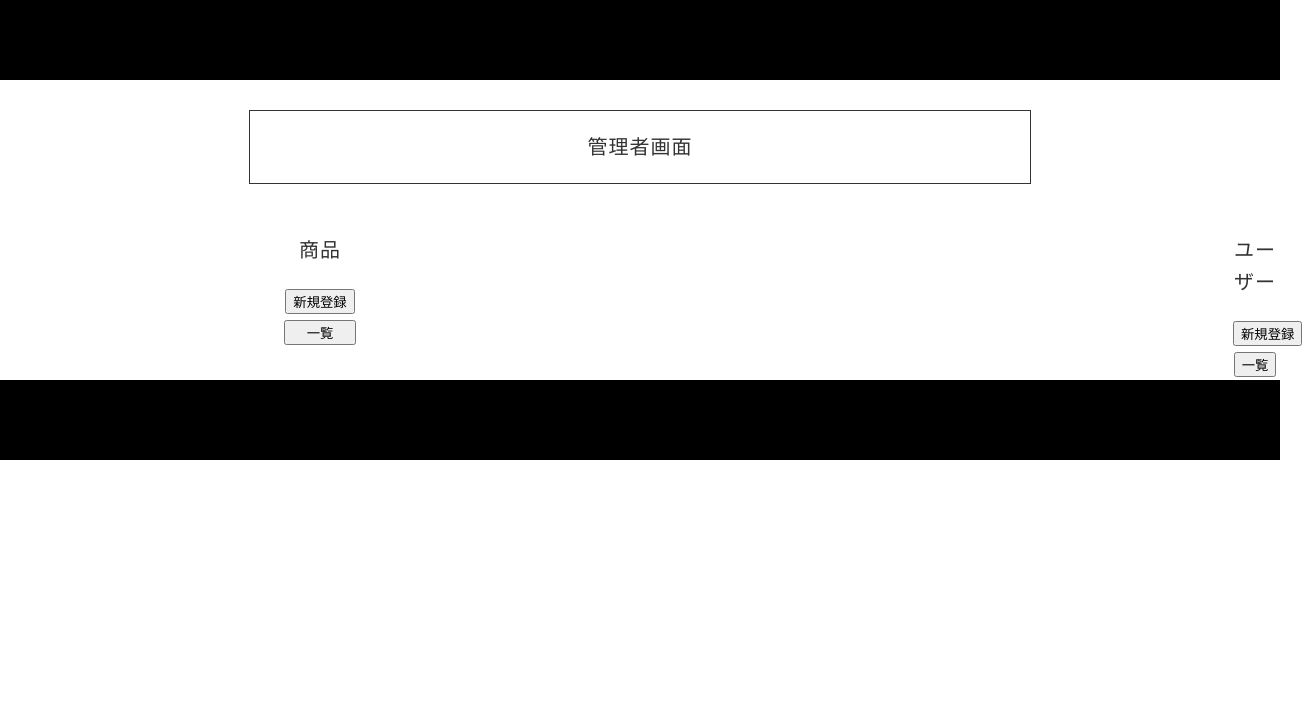
Repository: kazuki000/test
Page: http://localhost/ecsite/AdminAction.action
These files come from the project's save history. The page is drawn as it stood at one moment and after the next save; the edit follows.
The browser window is 1280 px wide. The page is 1305 px wide, so the pictures cover 1305 px, including what lies to the right of the window. The pictures show the whole page.
The page is served by Tomcat 9.

Above is the page before, as saved 2019-05-01 16:15:04.

After the next save:
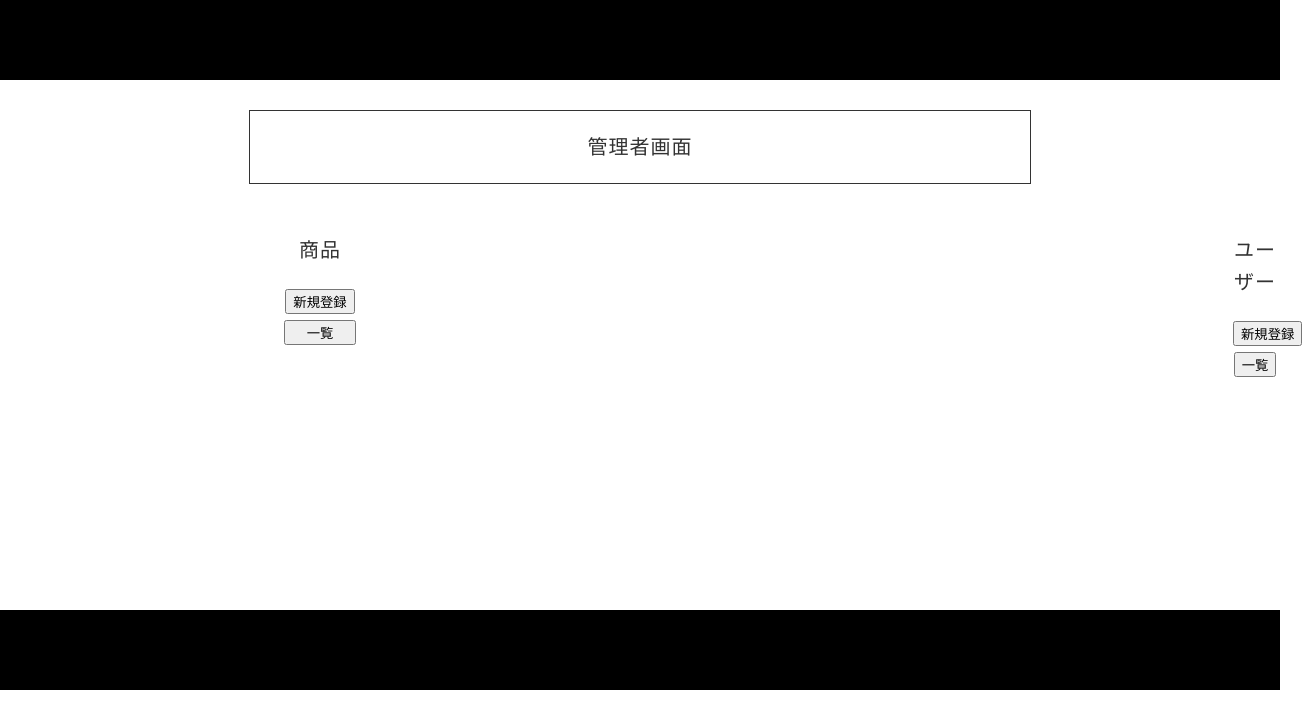
Saved 40 s later.
--- a/ecsite/WebContent/admin.jsp
+++ b/ecsite/WebContent/admin.jsp
@@ -44,7 +44,7 @@
 
 	#main{
 		width:100%;
-
+		height:500px;
 		text-align:center;
 		font-size:20px;
 

After the save that followed:
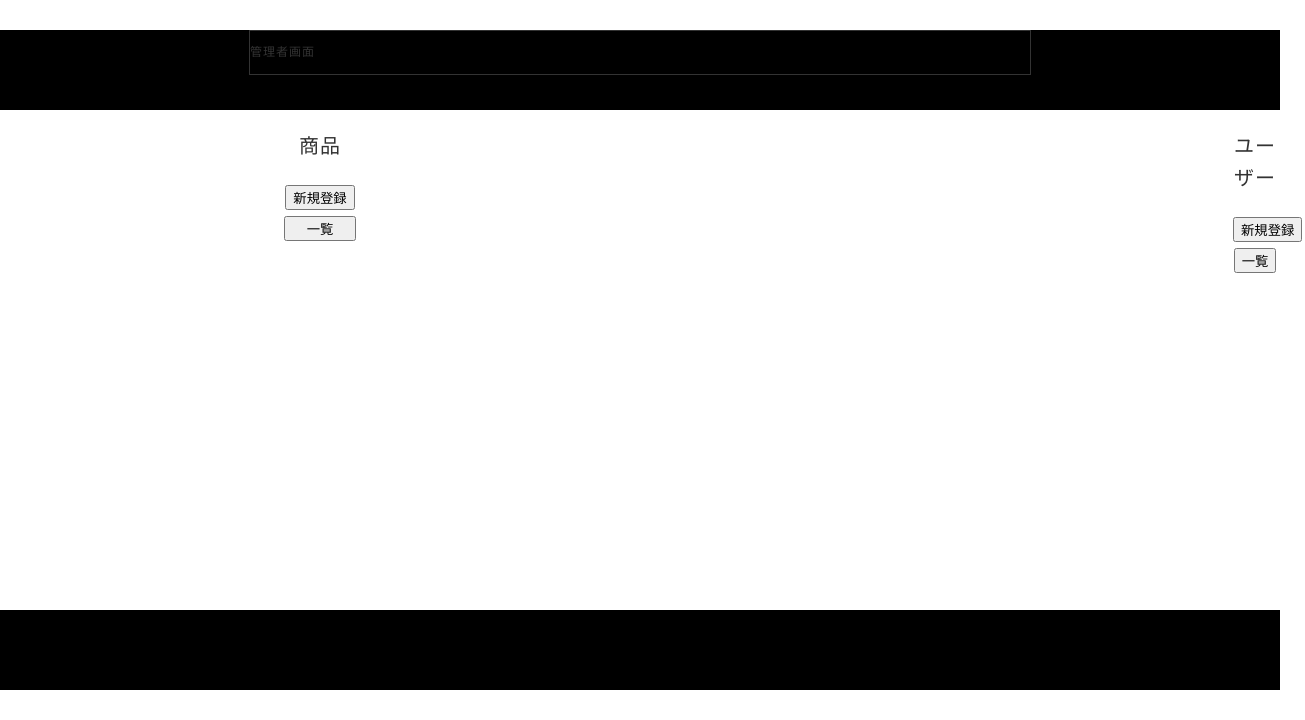
Saved 2 min 48 s later.
--- a/ecsite/WebContent/admin.jsp
+++ b/ecsite/WebContent/admin.jsp
@@ -77,11 +77,12 @@
 	<div id="header">
 	       <div id="pr">
 	       </div>
+	       <div id="top">
+					<p>管理者画面</p>
+			</div>
 	</div>
 	<div id="main">
-			<div id="top">
-					<p>管理者画面</p>
-			</div>
+
 			<div id="left">
 						<p>商品</p>
 				<s:form action="itemCreateAction">
